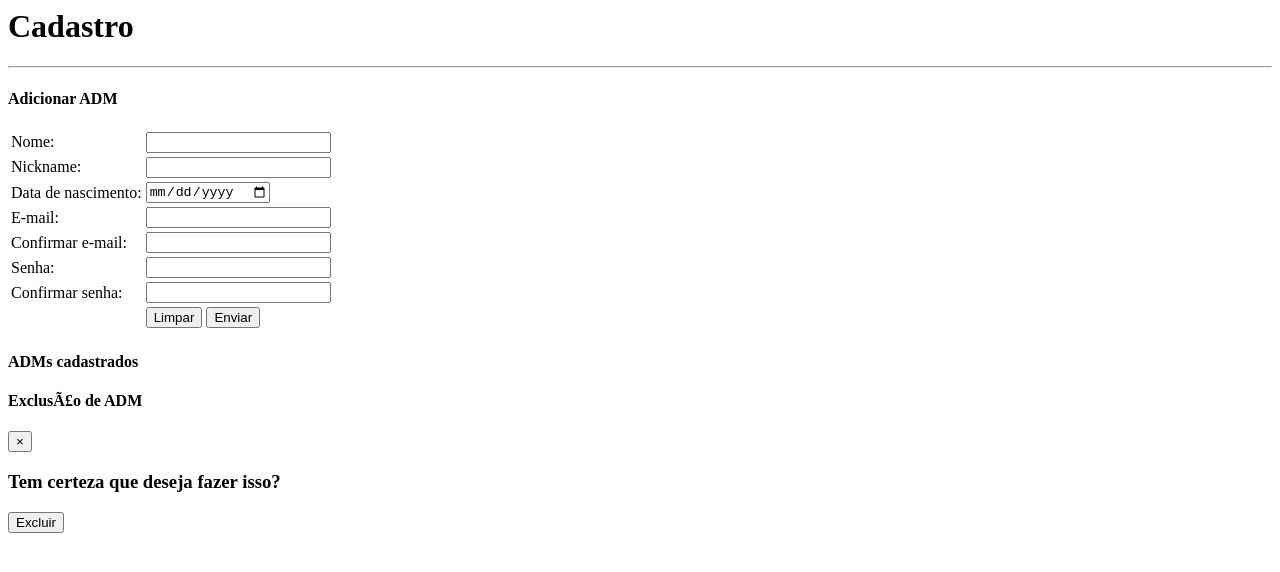
Repository: cavrau/workspaceTbog
Page: the Battle for Gondria/WebContent/system/admin/cadastro.html
The author's editor kept a copy of each file at every save. The page is drawn from the files as they stood at one save, then again after the next save.
The browser window is 1280 px wide. The pictures show the whole page.

Above is the page before, as saved 2018-08-18 13:33:06.

### the Battle for Gondria/WebContent/system/admin/cadastro.html
<h1 class="h1_content">Cadastro</h1>
<hr id="hr_cadastro">
<div>

  <div id="form_content">

    <h4 class="h4_form">Adicionar ADM</h4>

    <form action="post" id="cadastraForm">
      <table id="table_form">
        <tbody>

          <tr>
            <td>
              <label for="txt_nome">Nome:</label>
            </td>
            <td>
              <input data-toggle="popover" data-content="Insira o nome" data-trigger="focus" type="text" name="txt_nome" id="nome"  minlength="6" maxlength="45" value="">
            </td>
          </tr>

          <tr>
            <td>
              <label for="txt_nick">Nickname:</label>
            </td>
            <td>
              <input  data-toggle="popover" data-content="Insira o nickname" data-trigger="focus" type="text" name="txt_nick" id="nickname" minlength="6" maxlength="16" value="">
            </td>
          </tr>

          <tr>
            <td>
              <label for="date_nascimento">Data de nascimento:</label>
            </td>
            <td>
              <input data-toggle="popover"  data-content="Insira a data de nascimento" data-trigger="focus" type="date" value="" name="date_nascimento" id="nascimento">
            </td>
          </tr>

          <tr>
            <td>
              <label>E-mail:</label>
            </td>
            <td>
              <input data-toggle="popover" data-content="Insira o e-mail" data-trigger="focus" type="text" id="email" name="txt_email" minlength="6" maxlength="80" value="">
            </td>
          </tr>

          <tr>
            <td>
              <label>Confirmar e-mail:</label>
            </td>
            <td >
              <input data-toggle="popover" data-content="Confirme o e-mail" data-trigger="focus" type="text" id="confirmaEmail" name="txt_confirma" minlength="6" maxlength="80">
            </td>
          </tr>

          <tr>
            <td>
              <label for="pwd_pass">Senha:</label>
            </td>
            <td>
              <input  data-toggle="popover"  data-content="Insira a senha" data-trigger="focus" type="password" name="pwd_pass" id="senha" minlength="6" maxlength="16" value="">
            </td>
          </tr>

          <tr>
            <td>
              <label>Confirmar senha:</label>
            </td>
            <td>
              <input  data-toggle="popover" data-content="Confirme a Senha" data-trigger="focus" type="password" id="confirmaSenha" minlength="6" maxlength="16">
            </td>
          </tr>

          <tr>
            <td>

            </td>
            <td>
              <button type="reset" class="btn btn-secondary" name="btn_limpar">Limpar</button>
              <button type="button" onclick="validaCadastro()" class="btn btn-primary" name="btn_subimt">Enviar</button>
            </td>
          </tr>

        </tbody>
      </table>
    </form>

  </div>

  <div id="section_adms">
    <h4 class="h4_form">ADMs cadastrados</h4>
    <div id="table_cadastro"></div>
  </div>

</div>
<!-- INÃ�CIO MODAL - EXCLUÃ�R ADM -->
<div class="modal fade " id="exclui_adm" role="dialog">
<div class="modal-dialog">

  <div class="modal-content">

    <div class="modal-header">
      <h4 class="modal-title">ExclusÃ£o de ADM</h4>
      <button type="button" class="close" data-dismiss="modal">&times;</button>
    </div>

    <div class="modal-body">
      <h3>Tem certeza que deseja fazer isso?</h3>
    </div>
    <div class="modal-footer">
      <button type="button" name="btn_excluir" class="btnExcluirUsuario btn btn-danger">Excluir</button>
    </div>
  </div>
</div>
</div>
<!-- FIM MODAL - EXCLUÃ�R ADM -->

After the next save:
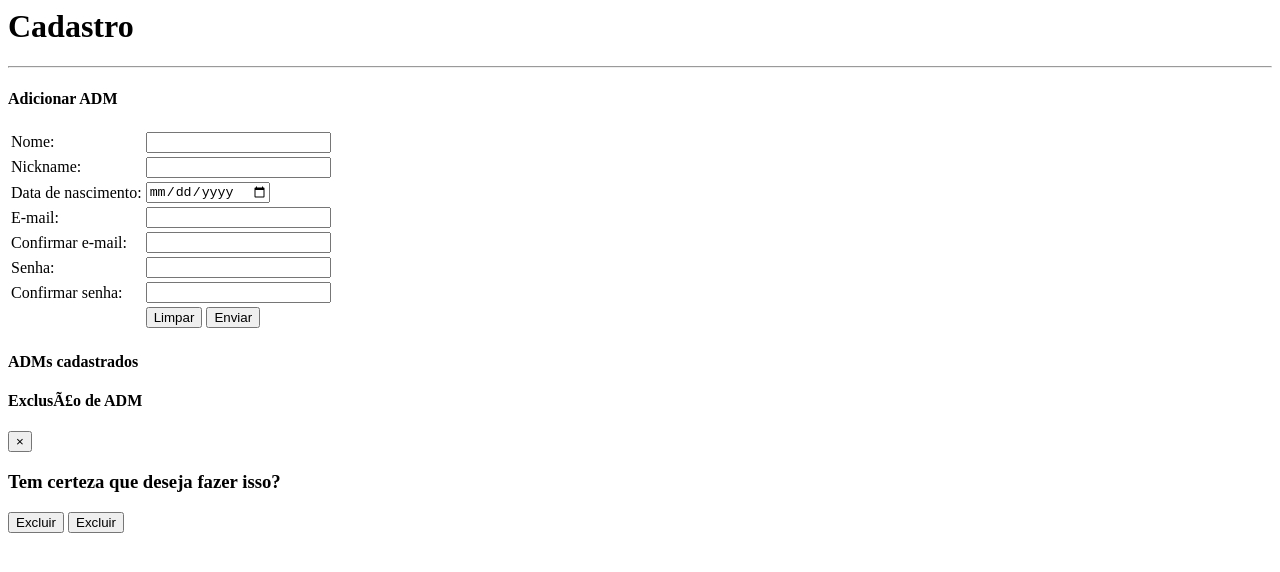
Saved 5 min 2 s later.
--- a/the Battle for Gondria/WebContent/system/admin/cadastro.html
+++ b/the Battle for Gondria/WebContent/system/admin/cadastro.html
@@ -111,6 +111,7 @@
     </div>
     <div class="modal-footer">
       <button type="button" name="btn_excluir" class="btnExcluirUsuario btn btn-danger">Excluir</button>
+      <button type="button" name="btn_close" class="btn btn-primary">Excluir</button>
     </div>
   </div>
 </div>
